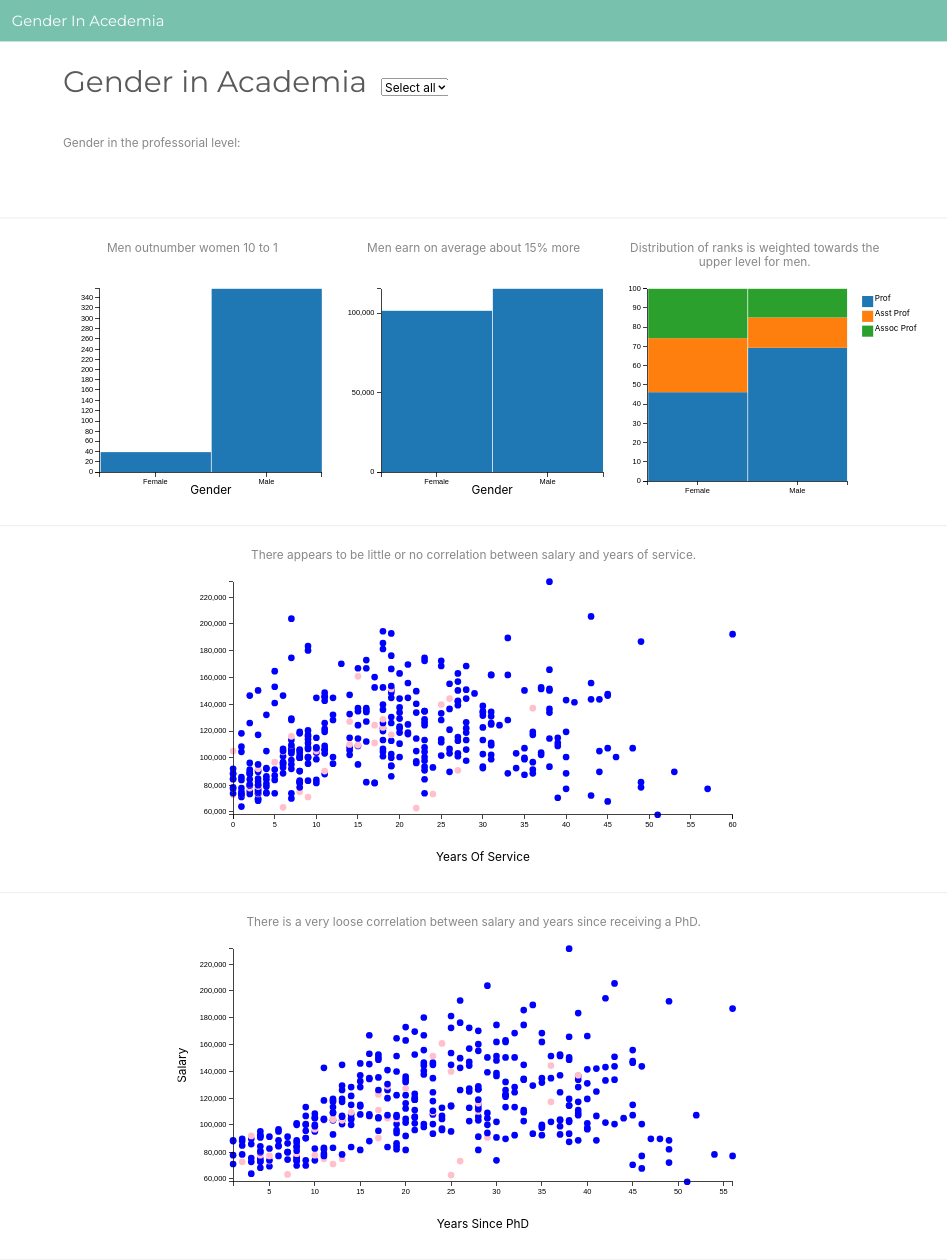
Repository: luke0han/dashboard-project
Page: index.html
The author's editor kept a record of every edit. The page is drawn from the files as they stood at one moment, then again after the next edit.
The browser window is 1280 px wide. The pictures show the whole page, at 74% of full size.

Above is the page before.

After the next edit:
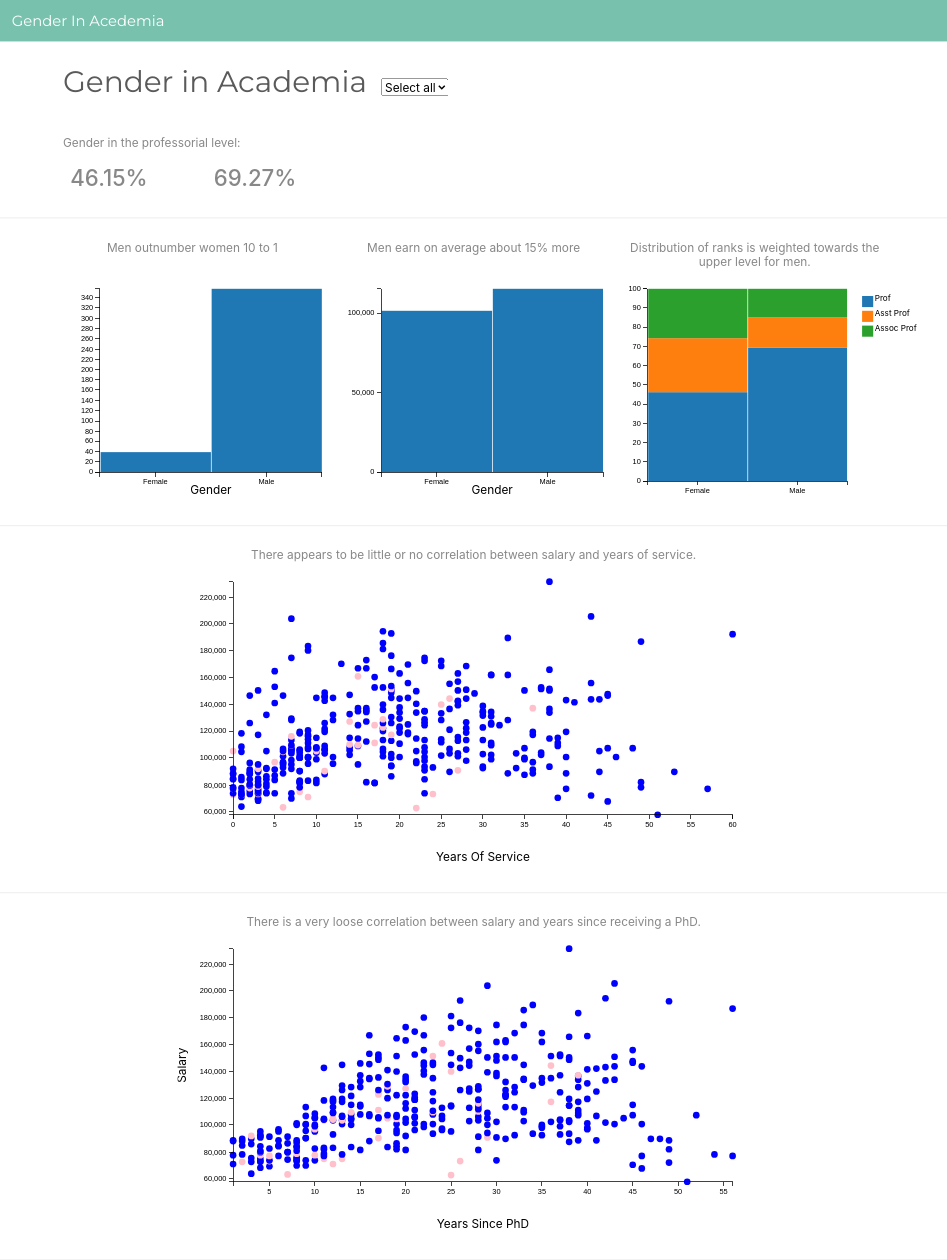
The edit:
--- a/static/js/graph.js
+++ b/static/js/graph.js
@@ -13,18 +13,19 @@
 
     show_discipline_selector(ndx);
 
-    show_percent_that_are_professors(ndx, "Female", "#percentage-of-women-professors");
-    show_percent_that_are_professors(ndx, "Male", "#percentage-of-men-professors");
+    show_percent_that_are_professors(ndx, "Female", "#percent-of-women-professors");
+    show_percent_that_are_professors(ndx, "Male", "#percent-of-men-professors");
 
     show_gender_balance(ndx);
     show_average_salary(ndx);
     show_rank_distribution(ndx);
+
+    show_service_to_salary_correlation(ndx);
     show_phd_to_salary_correlation(ndx);
-    show_service_to_salary_correlation(ndx);
 
     dc.renderAll();
-
-}
+}
+
 
 function show_discipline_selector(ndx) {
     var dim = ndx.dimension(dc.pluck('discipline'));
@@ -33,13 +34,13 @@
     dc.selectMenu("#discipline-selector")
         .dimension(dim)
         .group(group);
-
-}
+}
+
 
 function show_percent_that_are_professors(ndx, gender, element) {
     var percentageThatAreProf = ndx.groupAll().reduce(
         function(p, v) {
-            if (v.sex === "Female") {
+            if (v.sex === gender) {
                 p.count++;
                 if(v.rank === "Prof") {
                     p.are_prof++;
